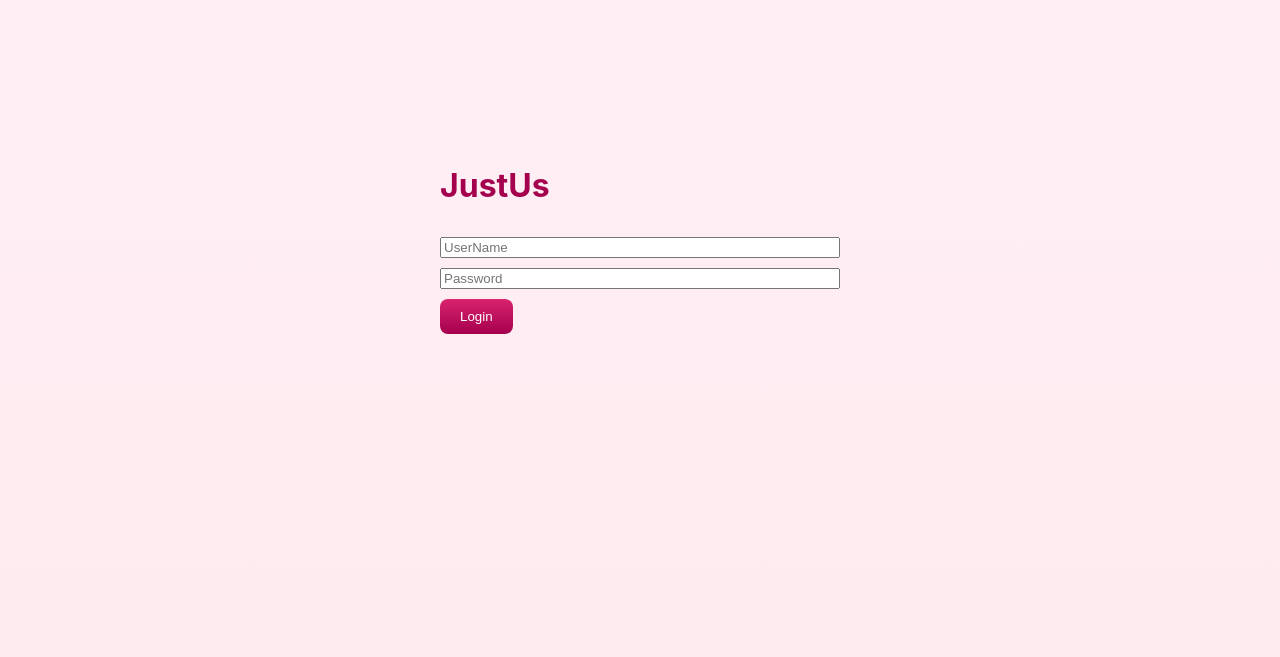
Repository: AfifaNoor/JustUs_ReactJs
Page: /
An editor plug-in stored every save of this project. The page is shown before and after the next save, followed by the edit.
The browser window is 1280 px wide. The pictures show the whole page.
The project was rebuilt for these pictures with package versions that can differ from the ones it lists, and the page was loaded fresh each time.

Above is the page before, as saved 2025-07-14 15:47:39.

After the next save:
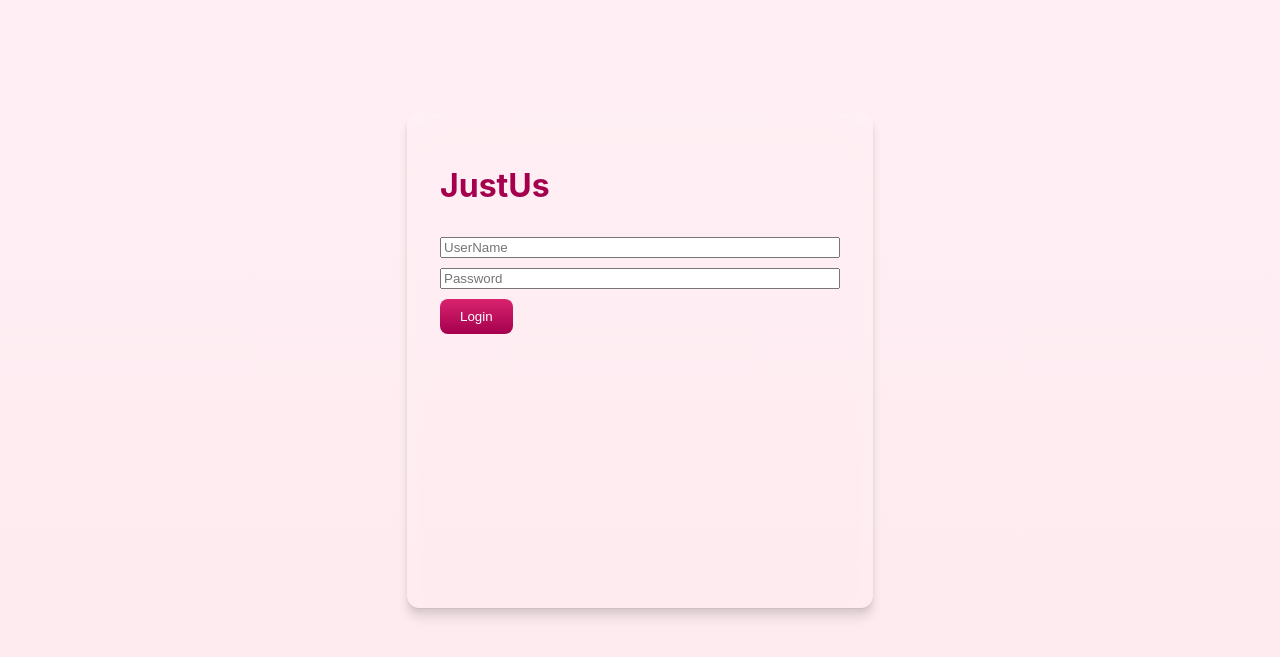
Saved 13 s later.
--- a/src/LoginPage.css
+++ b/src/LoginPage.css
@@ -36,4 +36,9 @@
     z-index: 1;
     border: 1px solid transparent;
     border-image-slice: 1;
+    box-shadow:
+  0px 10px 10px 0px rgba(0, 0, 0, 0.10),
+  0px 4px 4px 0px rgba(0, 0, 0, 0.05),
+  0px 1px 0px 0px rgba(0, 0, 0, 0.05),
+  inset 0px 20px 50px 0px rgba(255, 255, 255, 0.15);
 }
